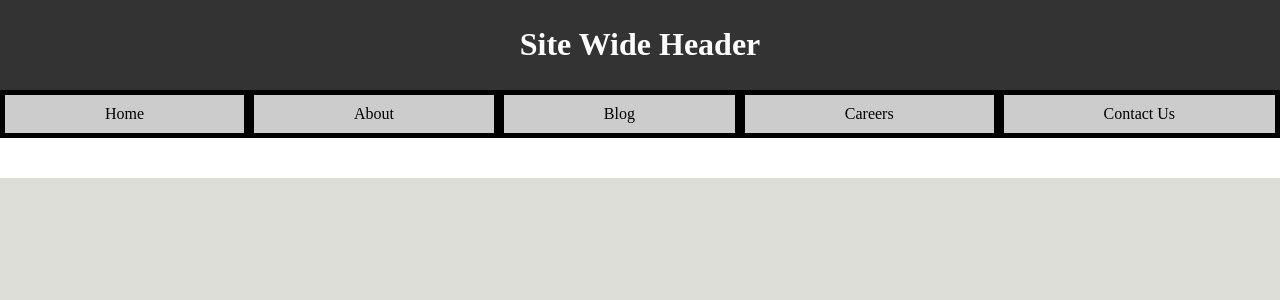
Repository: ayeza-baseer/AssignmentFlexbox
Page: assignment.html
These files come from the project's save history. The page is drawn as it stood at one moment and after the next save; the edit follows.
The browser window is 1280 px wide. The pictures show the whole page.

Above is the page before, as saved 2023-03-17 14:10:24.

### assignment.html
<!DOCTYPE html>
<html lang="en">
<head>

    <link rel="stylesheet" href="assignment.css">


</head>
<body>
<div>
    <header class="header"><h1>
        Site Wide Header
    </h1></header>
    <div class="navbar">
        <a href="#">Home</a>
        <a href="#">About</a>
        <a href="#">Blog</a>
        <a href="#">Careers</a>
        <a href="#">Contact Us</a>
      </div>
    <div class="row">
      <div class="main">

      </div>
    </div>
</div>

</body>
</html>

### assignment.css
.header{
    padding: 5px;
    background-color: #333;
	 color: #ccc;

    text-align: center;

    color: white;
}

body{
    margin:0;
    background-color: #deded8;
}

.navbar {
    display: flex;
    background-color: black
  }

  .navbar a {
    color: black;

    background-color: #ccc;
    padding: 10px 12px;
    text-decoration: none;
    text-align: center;
    flex-grow:1;
    border: 5px solid black;
  }

  .navbar a:hover {
    color:red;
    border: 5px solid red;
  }

  .row {
    display: flex;
    flex-wrap: wrap;
  }


  .aside {
    flex: 30%;
    background-color: #f1f1f1;
    padding: 20px;
  }

  /* Main column */
  .main {
    flex: 70%;
    background-color: white;
    padding: 20px;
  }

After the next save:
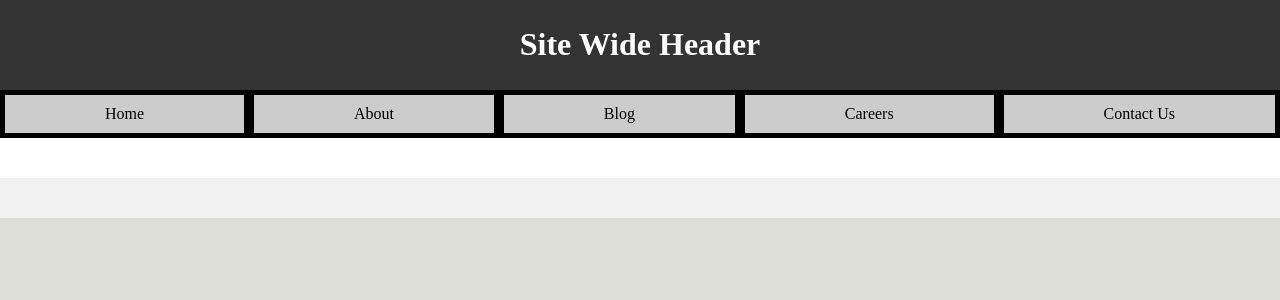
Saved 20 s later.
--- a/assignment.html
+++ b/assignment.html
@@ -22,6 +22,7 @@
       <div class="main">
 
       </div>
+      <div class="aside"></div>
     </div>
 </div>
 
